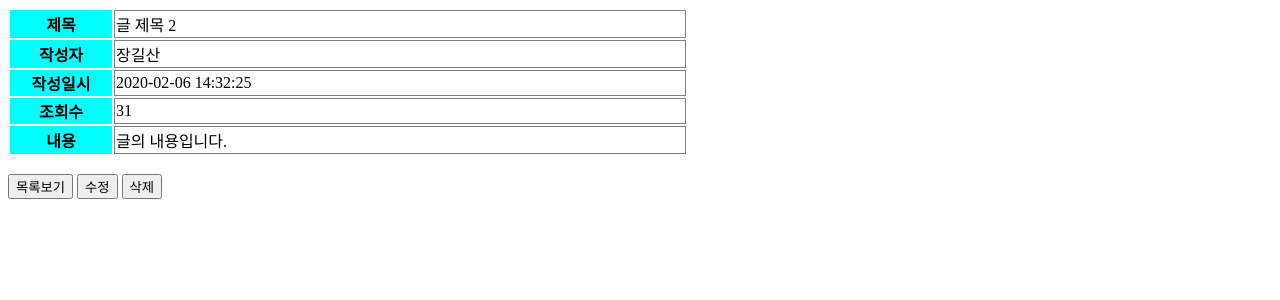
Repository: kdh2212/KDT_code
Page: http://localhost/20250807Web/boardUpdate.jsp
An editor plug-in stored every save of this project. The page is shown before and after the next save, followed by the edit.
The browser window is 1280 px wide. The pictures show the whole page.
The page is served by Tomcat 9.

Above is the page before, as saved 2025-08-07 07:31:38.

After the next save:
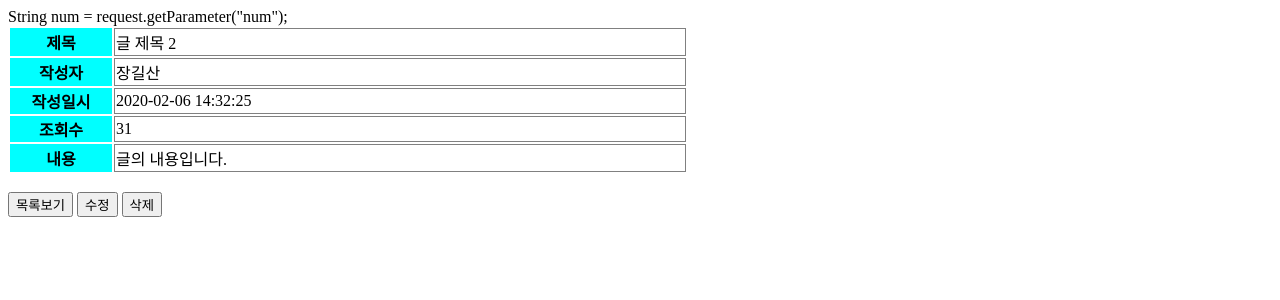
Saved 3 min 36 s later.
--- a/20250807Web/src/main/webapp/boardUpdate.jsp
+++ b/20250807Web/src/main/webapp/boardUpdate.jsp
@@ -12,7 +12,7 @@
     </style>
 </head>
 <body>
-
+String num = request.getParameter("num");
 
 
 <table>

After the save that followed:
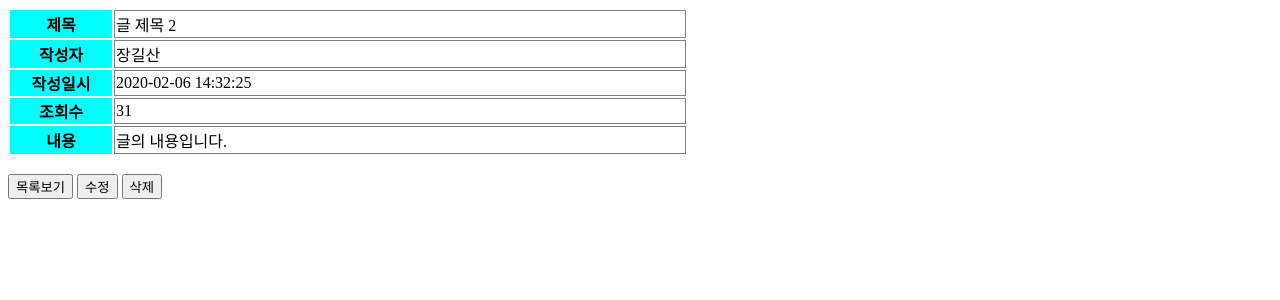
Saved 10 s later.
--- a/20250807Web/src/main/webapp/boardUpdate.jsp
+++ b/20250807Web/src/main/webapp/boardUpdate.jsp
@@ -12,7 +12,10 @@
     </style>
 </head>
 <body>
+<%
 String num = request.getParameter("num");
+%>
+
 
 
 <table>
